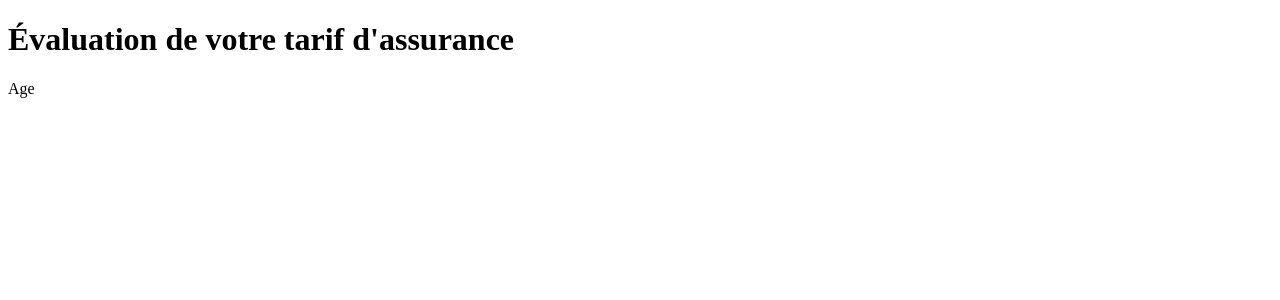
Repository: Coumba25040/coumbaProjet
Page: Site assurance/formulaire.html
These files come from the project's save history. The page is drawn as it stood at one moment and after the next save; the edit follows.
The browser window is 1280 px wide. The pictures show the whole page.

Above is the page before, as saved 2024-10-15 11:56:30.

### Site assurance/formulaire.html
<!DOCTYPE html>
<html lang="en">
<head>
    <meta charset="UTF-8">
    <meta name="viewport" content="width=device-width, initial-scale=1.0">
    <title>formulaire.html</title>
</head>
<body>
<h1>Évaluation de votre tarif d'assurance</h1>
<form method="get">
<label>Age</label>

</body>
</html>

After the next save:
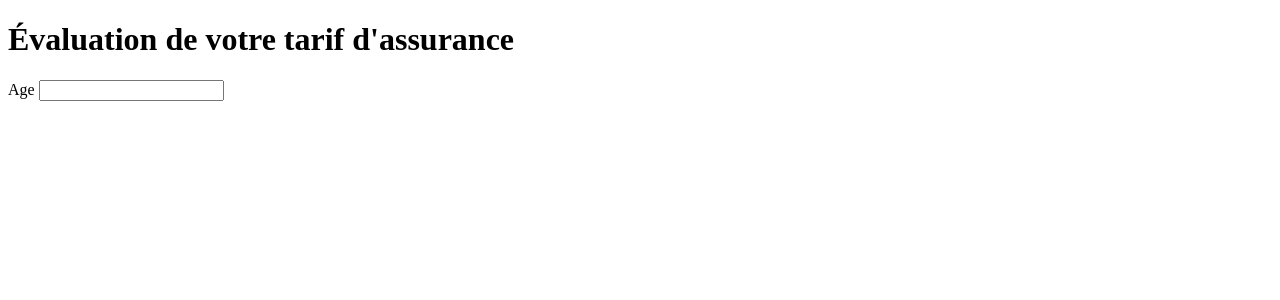
Saved 20 s later.
--- a/Site assurance/formulaire.html
+++ b/Site assurance/formulaire.html
@@ -9,6 +9,6 @@
 <h1>Évaluation de votre tarif d'assurance</h1>
 <form method="get">
 <label>Age</label>
-
+<input type="number">
 </body>
 </html>
